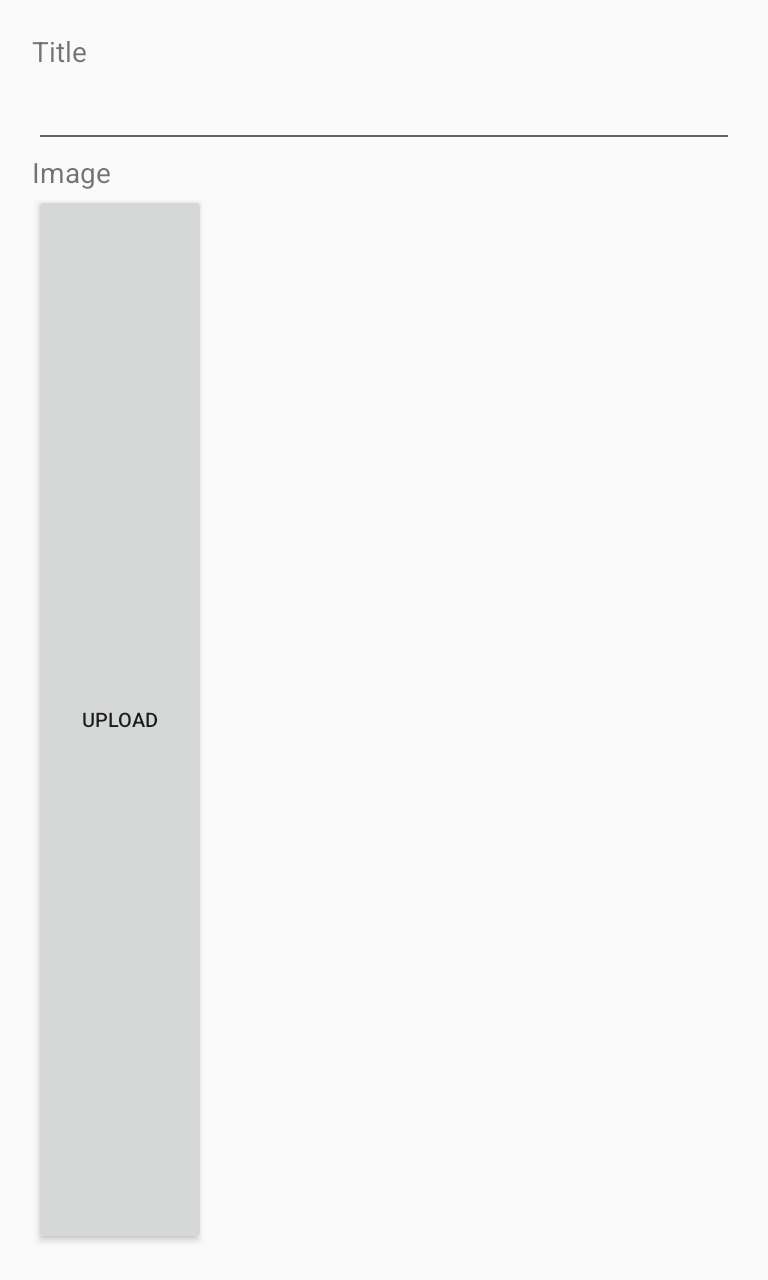
Repository: fundsan/development
Layout: App/Potloch/res/layout/fragment_create.xml
An editor plug-in stored every save of this project. The layout is shown before and after the next save, followed by the edit.
It is drawn on a 768 x 1280 px phone screen (xhdpi) without system bars, with theme AppTheme; the app's code is not run.

Above is the layout before, as saved 2014-10-22 05:00:53.

### App/Potloch/res/layout/fragment_create.xml
<LinearLayout  xmlns:android="http://schemas.android.com/apk/res/android"
    xmlns:tools="http://schemas.android.com/tools"

    android:layout_width="match_parent"
    android:layout_height="wrap_content"
    android:orientation="vertical"
    android:padding="16dp" >


    <TextView
        android:id="@+id/createTextTitle"
        android:layout_width="wrap_content"
        android:layout_height="wrap_content"
        android:text="@string/create_title" />

	<EditText
	    android:id="@+id/createEditTitle"
	    android:layout_width="match_parent"
	    android:layout_height="wrap_content"
	    android:inputType="text"
	    android:singleLine="True"/>

	<TextView
	    android:id="@+id/createImageTitle"
	    android:layout_width="wrap_content"
	    android:layout_height="wrap_content"
	    android:text="@string/create_image" />

	<Button
	    android:id="@+id/button1"
	    android:layout_width="wrap_content"
	    android:layout_height="match_parent"
	    android:text="@string/create_image_button"
	    android:textSize="10sp" />

</LinearLayout>

### App/Potloch/res/values/strings.xml
<?xml version="1.0" encoding="utf-8"?>
<resources>

    <string name="app_name">Potloch</string>
    <string name="hello_world">Hello world!</string>
    <string name="action_settings">Settings</string>
    <string name="title_activity_detail">DetailActivity</string>
    <string name="pref_search_label">Search</string>
    <string name="pref_search_key" translatable="false">search</string>
    <string name="pref_search_default" translatable="false">potloch</string>
    <string name="title_activity_chain">ChainActivity</string>
    <string name="title_activity_create">CreateActivity</string>
    <string name= "create_title">Title</string>
    <string name="create_image">Image</string>
    <string name="create_image_button">Upload</string>

</resources>

Loaded but not shown: App/Potloch/res/values/styles.xml (common file); App/Potloch/res/values-v11/styles.xml (common file); App/Potloch/res/values-v14/styles.xml (common file)

After the next save:
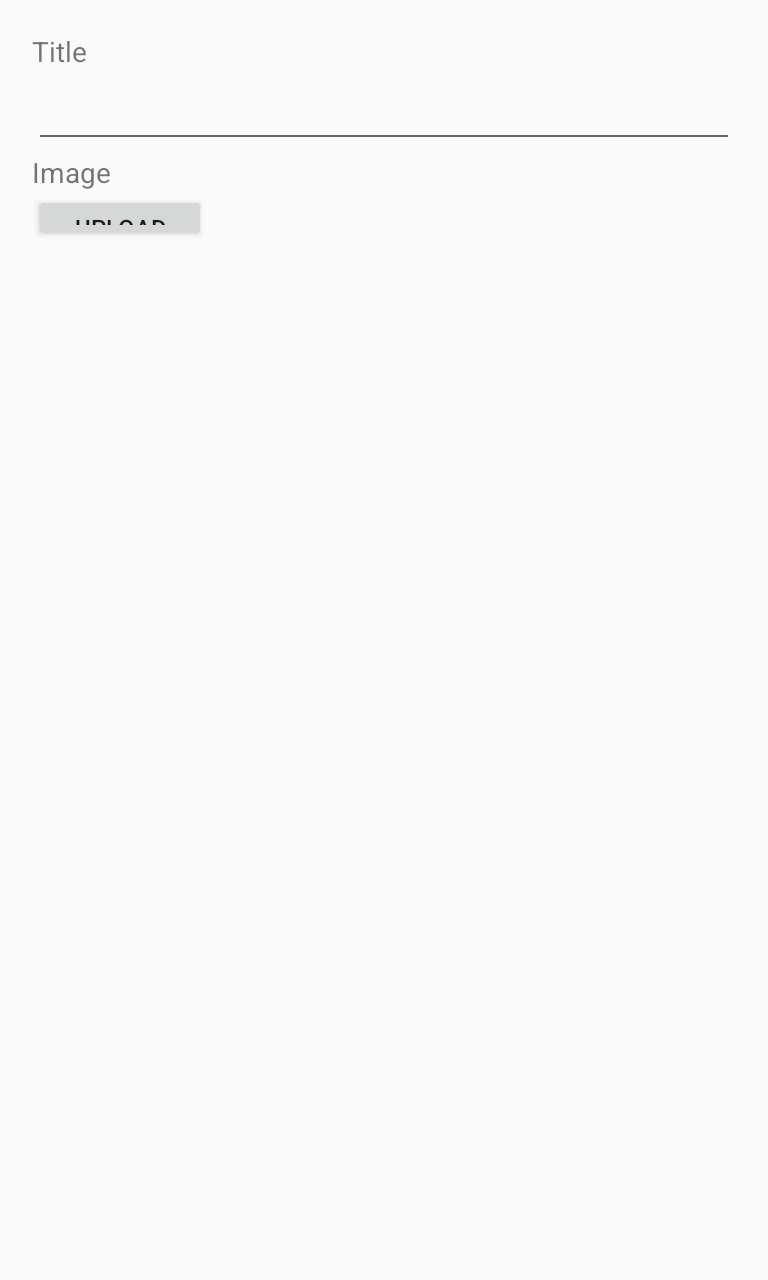
Saved 44 s later.
--- a/App/Potloch/res/layout/fragment_create.xml
+++ b/App/Potloch/res/layout/fragment_create.xml
@@ -29,8 +29,8 @@
 	<Button
 	    android:id="@+id/button1"
 	    android:layout_width="wrap_content"
-	    android:layout_height="match_parent"
+	    android:layout_height="27dp"
 	    android:text="@string/create_image_button"
-	    android:textSize="10sp" />
+	    android:textSize="12sp" />
 
 </LinearLayout>
